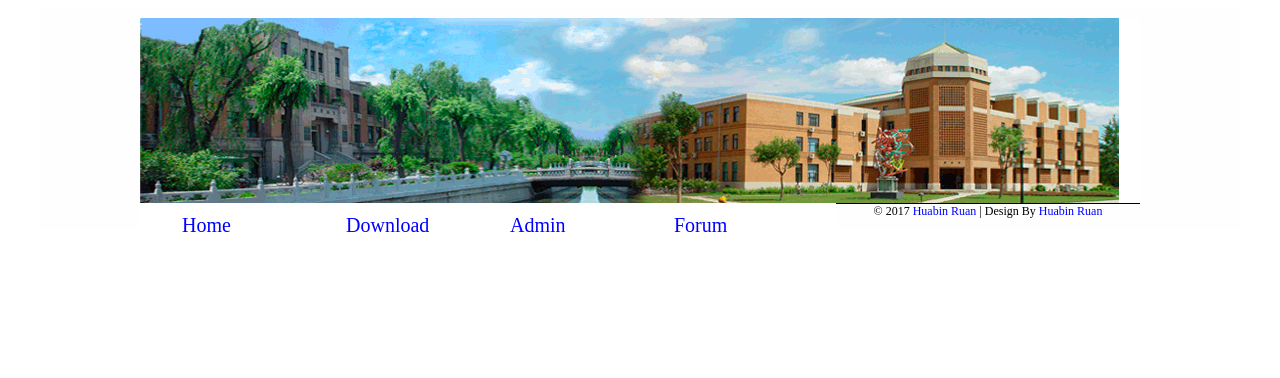
Repository: ruanhuabin/LifeSoftwareWebSite
Page: http://localhost/CryoEM/manage_post.jsp
An editor plug-in stored every save of this project. The page is shown before and after a run of saves, followed by the edit.
The browser window is 1280 px wide. The pictures show the whole page.
The page is served by Tomcat 9. Nobody is signed in. The application's start-up code is not run. Other server files are loaded and not shown.

Above is the page before, as saved 2017-08-23 02:41:24.

### CryoEM/WebRoot/manage_post.jsp
<%@ page language="java" import="java.util.*" pageEncoding="utf-8"%>
<%@ taglib prefix="s" uri="/struts-tags"%>
<%
String path = request.getContextPath();
String basePath = request.getScheme()+"://"+request.getServerName()+":"+request.getServerPort()+path+"/";
%>


<!DOCTYPE html PUBLIC "-//W3C//DTD XHTML 1.0 Transitional//EN" "http://www.w3.org/TR/xhtml1/DTD/xhtml1-transitional.dtd">
<html xmlns="http://www.w3.org/1999/xhtml">
<head>
<meta http-equiv="Content-Type" content="text/html; charset=utf-8" />
<link href="<%=basePath%>/style.css" rel="stylesheet" type="text/css" />
</head>
<body>


<div id="main-container">
<div id="header"></div>
<div id="navigation">
	<ul>
		<li><a href="<%=path%>/index.jsp">Home</font></a></li>
		<li><a href="<%=path%>/user/User_listSoftware.action">Download</a></li>
		<li><a href="<%=path%>/post/Admin_toAdmin.action">Admin</a></li>
		<li><a href="http://10.10.32.133/thunder/answers/">Forum</a></li>
	</ul>
</div>








<div id="footer">&copy; 2017 <a href="mailto:ruanhuabin@tsinghua.edu.cn">Huabin Ruan</a> | Design By <a href="#">Huabin Ruan</a> </div>
</div>


</body>
</html>

### CryoEM/WebRoot/style.css
#header {height:185px; width:100%;background-image: url(images/banner.png);background-repeat: no-repeat; background-color:white;}
body
{
	background-color:white;
	font-family: "Times New Roman",Georgia,Serif
}
#footer {
	width:100%;
	border-top:  #000000 1px solid;
	text-align:center;
	font-size:12px;
	}


.form-div {
    /* border: 1px solid black; */
    margin-top: 20px;
    margin-bottom: 100px;
    margin-right: 150px;
    margin-left: 0px;
    background-color: white;
}

#admin-login-form {

   /*  margin-top: 50px;
    margin-bottom: 100px;
    margin-right: 150px;
    margin-left: 200px;
    background-color: white; */
    align: center

}

#content-div {
   /*  border: 1px solid black; */
    margin-top: 40px;
    margin-bottom: 100px;
    margin-right: 150px;
    margin-left: 0px;
    background-color: white;
}

#main-container {
	width:1000px;
	/* width:80% */
	border: #000000 0px solid;
	margin: 0 auto;
 	background-color:#FEFEFE;
   /*  background-color:white; */

    clear:both;
	/* padding:25px 100px; */
	padding:10px 100px
	}

#leftbar {
	float:left;
	width:800px;
	border-right:1px solid #BCBDBC;
}

#rightbar {
	float:left;
	width:200px;
}

a
{
	text-decoration: none;
	color:blue;
}

a:hover
{
	color:red;
}
a:visited
{
	color: blue;
}

ul {margin-left: 0; padding-left: 40px;}
/* li {margin-left: 0; padding-left: 50px;} */

#navigation{list-style:none; text-align:left; font-size:20px; background:white; float:left}
#navigation li{width:160px; height:20px; line-height:0px; float:left; margin:2px; list-style:none;}
#navigation a{height:100%; display:block; text-decoration:none}
#navigation .curr{background:url(sub/images/nav_on.png); color:red;}

/* ul, li { list-style: none; margin: 0; padding: 0; }
ul { padding-left: 1em; }
li { padding-left: 1em;
  border: 1px dotted black;
  border-width: 0 0 1px 1px;
}
li.container { border-bottom: 0px; }
li.empty { font-style: italic;
  color: silver;
  border-color: silver;
}
li p { margin: 0;
  background: white;
  position: relative;
  top: 0.5em;
}
li ul {
  border-top: 1px dotted black;
  margin-left: -1em;
  padding-left: 2em;
}
ul li:last-child ul {
  border-left: 1px solid white;
  margin-left: -17px;
}  */


/* li{
    margin-top: 1px;
    margin:0;
    border:1px solid red;
}

li:first-child {
    margin-top:0;
} */

After the next 2 saves:
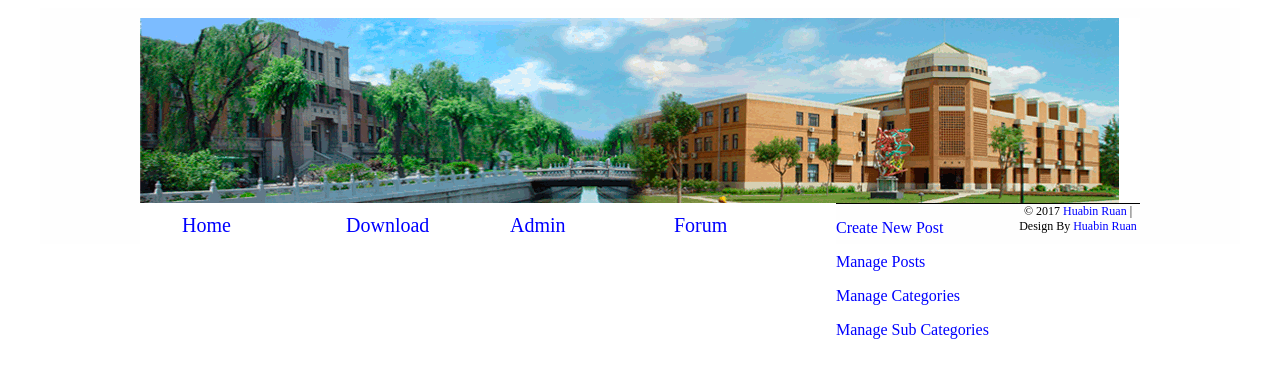
The 2 saves are shown as one change because they came seconds apart.
The last was saved 99 s later.
--- a/CryoEM/WebRoot/manage_post.jsp
+++ b/CryoEM/WebRoot/manage_post.jsp
@@ -26,7 +26,16 @@ String basePath = request.getScheme()+"://"+request.getServerName()+":"+request.
 	</ul>
 </div>
 
+<div style="width: 100%;">
+	<div style="float:left; width: 18%">
+		<p><a href="<%=path%>/post/Admin_toAdmin.action">Create New Post</a></p>
+		<p><a href="<%=path%>/post/Admin_toPostManage.action">Manage Posts</a></p>
+		<p><a href="<%=path%>/Admin_toCategoryManage.action">Manage Categories</a></p>
+		<p><a href="<%=path%>/Admin_toSubCategoryManage.action">Manage Sub Categories</a></p>
+	</div>
 
+	<div style="float:right; width:82%">
+	</div>
 
 
 
